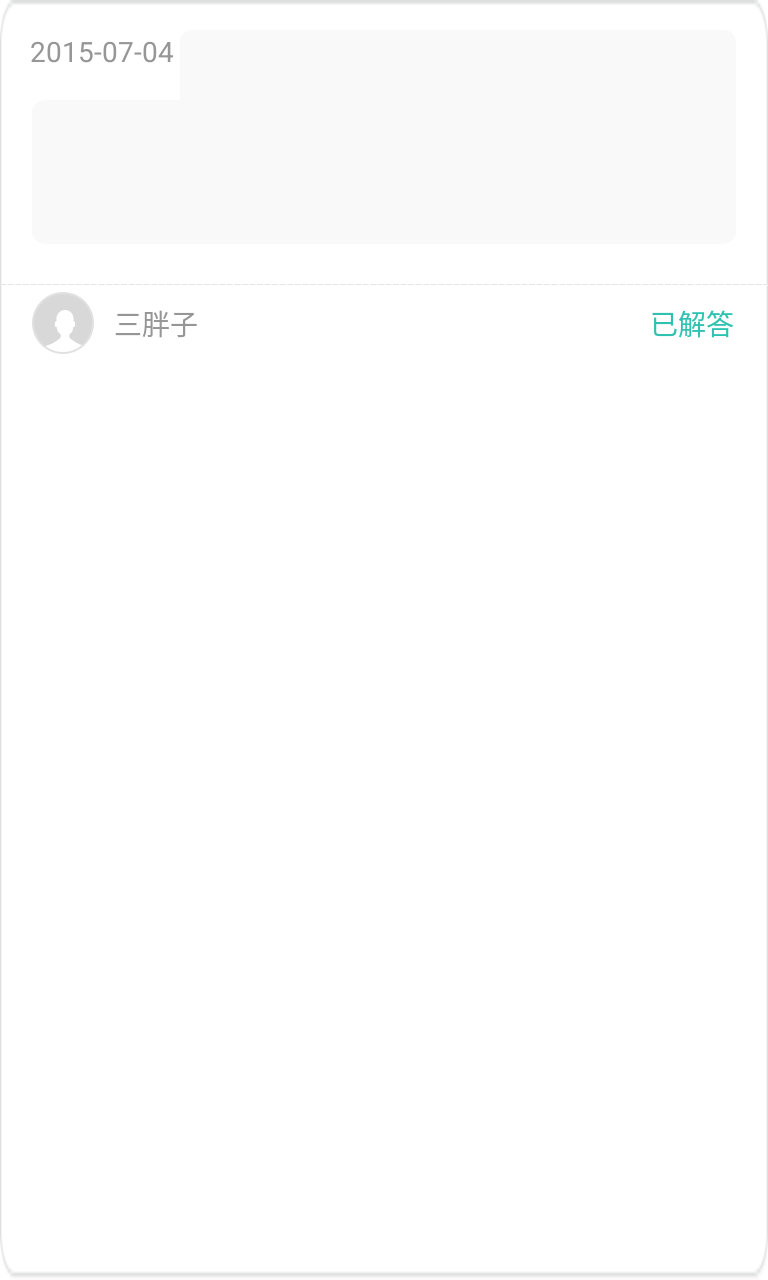
Repository: 2015-Forever/JWD
Layout: Jwd/res/layout/item_collect.xml
An editor plug-in stored every save of this project. The layout is shown before and after the next save, followed by the edit.
It is drawn on a 768 x 1280 px phone screen (xhdpi) without system bars, with theme AppTheme; the app's code is not run.

Above is the layout before, as saved 2015-07-16 03:54:40.

After the next save:
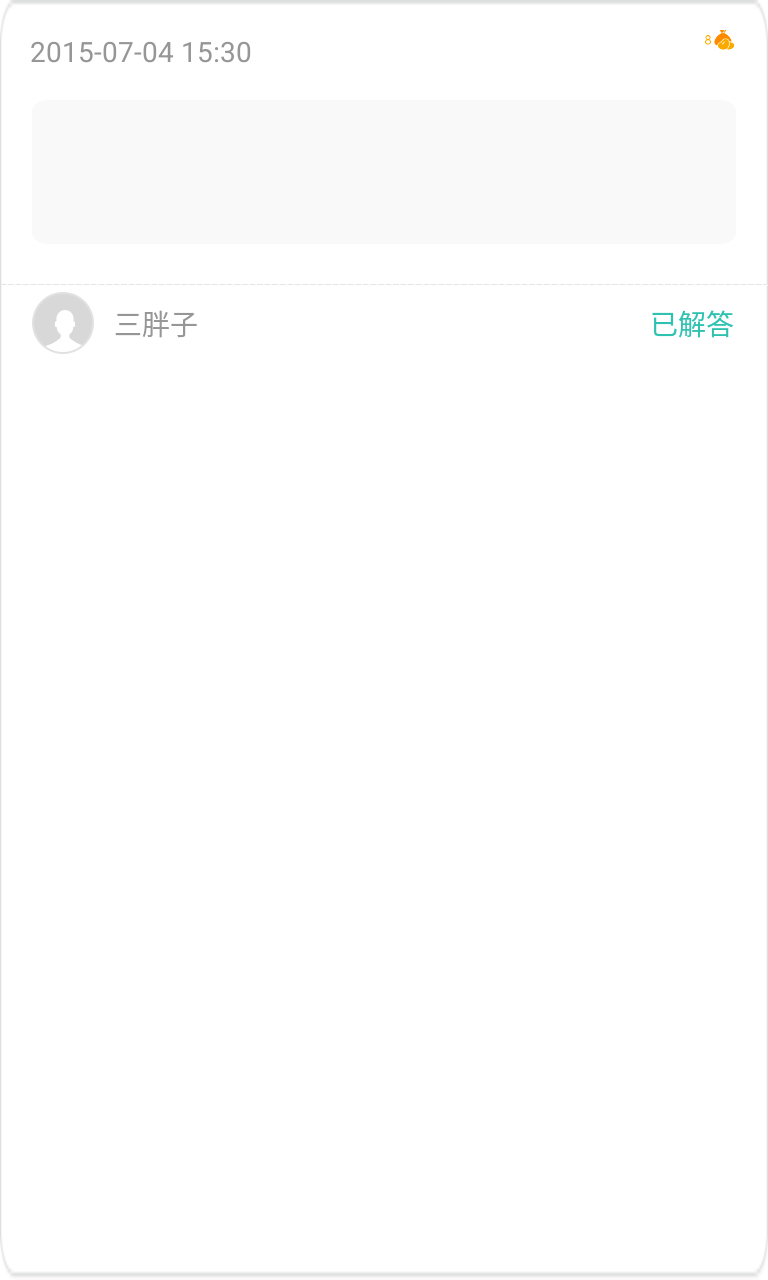
Saved 24 s later.
--- a/Jwd/res/layout/item_collect.xml
+++ b/Jwd/res/layout/item_collect.xml
@@ -19,7 +19,7 @@
         android:layout_alignParentRight="true"
         android:layout_marginRight="16dp"
         android:layout_marginTop="15dp"
-        android:background="@drawable/topic_picture" />
+        android:background="@drawable/topic_integral" />
 
     <ImageView
         android:id="@+id/main_iv"
@@ -42,8 +42,8 @@
         android:layout_width="match_parent"
         android:layout_height="wrap_content"
         android:layout_below="@id/main_iv"
+        android:layout_marginBottom="4dp"
         android:layout_marginTop="24dp"
-        android:layout_marginBottom="4dp"
         android:gravity="center_vertical"
         android:orientation="horizontal" >
 
@@ -73,8 +73,8 @@
             android:layout_height="wrap_content"
             android:layout_marginRight="17dp"
             android:text="已解答"
-            android:textSize="14sp"
-            android:textColor="#2FC2B1" />
+            android:textColor="#2FC2B1"
+            android:textSize="14sp" />
     </LinearLayout>
 
 </RelativeLayout>
